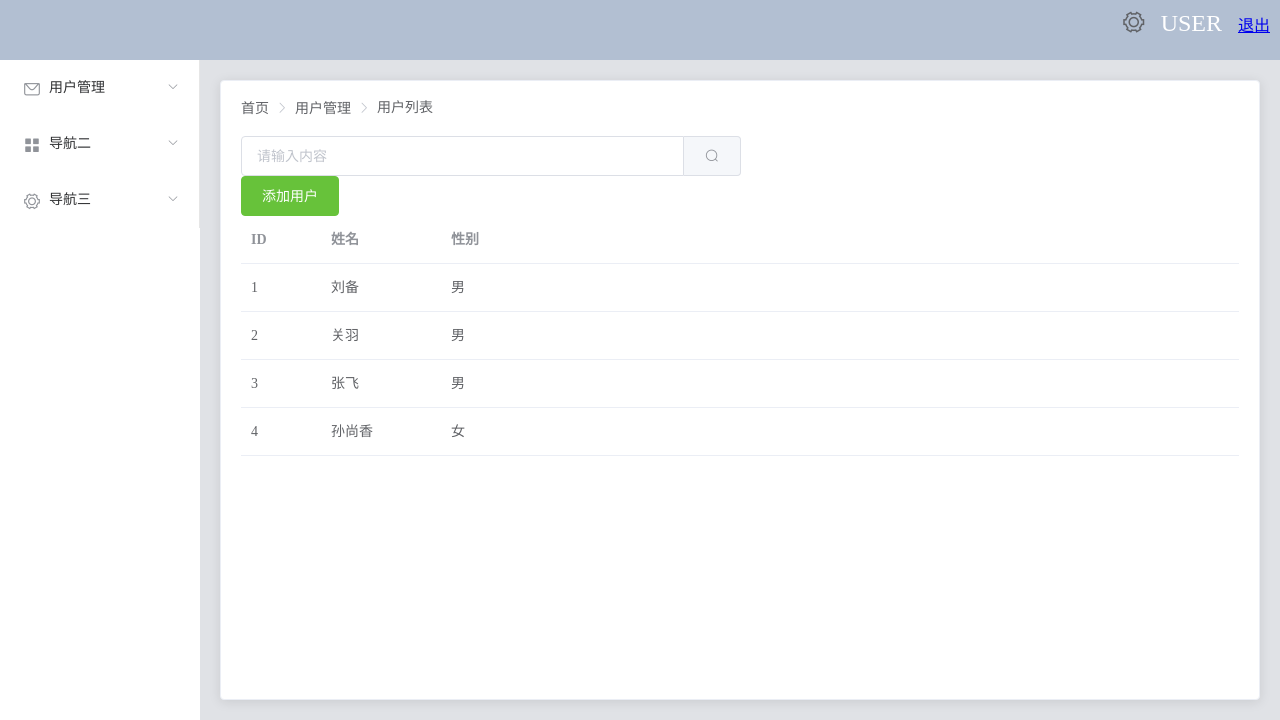
Repository: euphor1azzy/testlist
Page: /#/users (app in list/)
The author's editor kept a copy of each file at every save. The page is drawn from the files as they stood at one save, then again after the next save.
The browser window is 1280 px wide. The pictures show the whole page.
The project was rebuilt for these pictures with package versions that can differ from the ones it lists, and the page was loaded fresh each time. Requests to the local data server were answered from the project's data file. Also part of the build but not shown: list/src/utils/validate.js, list/src/views/login/login.vue.

Above is the page before, as saved 2020-08-27 15:19:57.

After the next save:
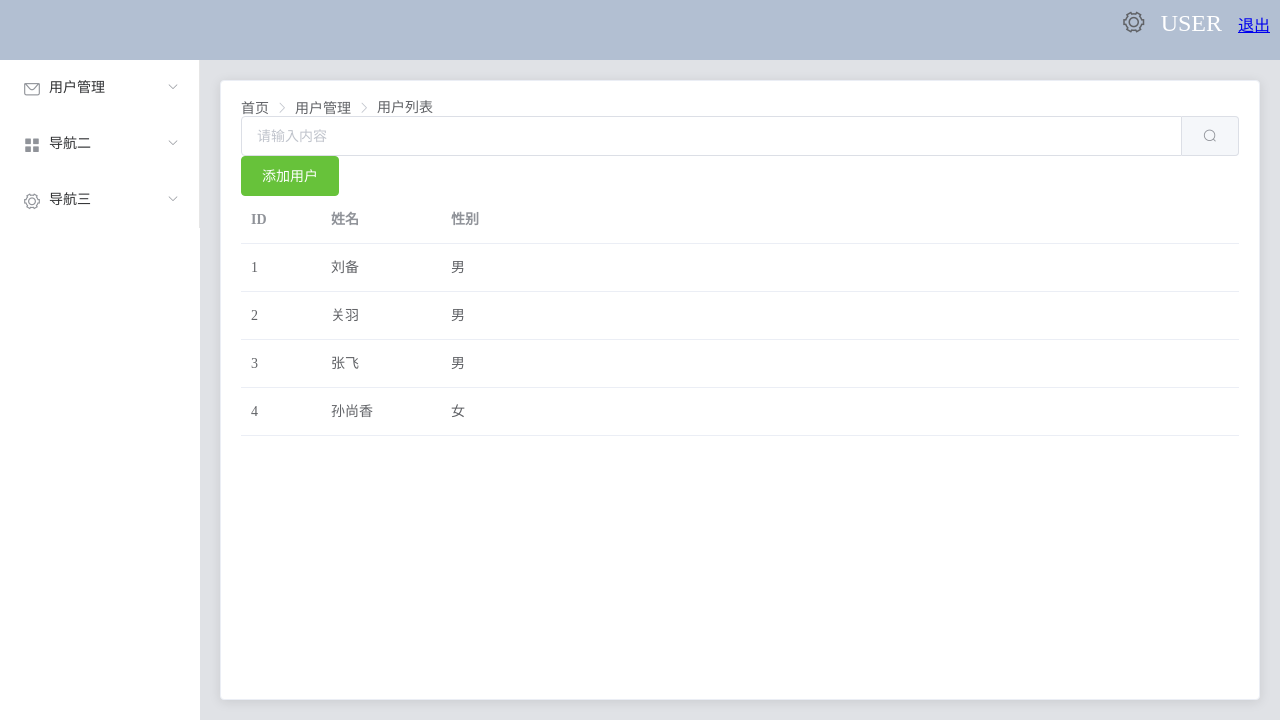
Saved 3 min 42 s later.
--- a/list/src/components/users/users.vue
+++ b/list/src/components/users/users.vue
@@ -15,8 +15,6 @@
         <el-input placeholder="请输入内容" v-model="query" class="inputSearch">
           <el-button slot="append" icon="el-icon-search"></el-button>
                 </el-input>
-
-
         <el-button  type="success">添加用户</el-button>
      </el-col>
     </el-row>
@@ -63,10 +61,7 @@ created() {
 .inputSearch {
   width: 100px;
 }
-.searchC {
-  margin-top: 20px;
-   width: 500px;
-}
+
 .btn-adduser{
   margin: 10px;
   display: inline-flex;
